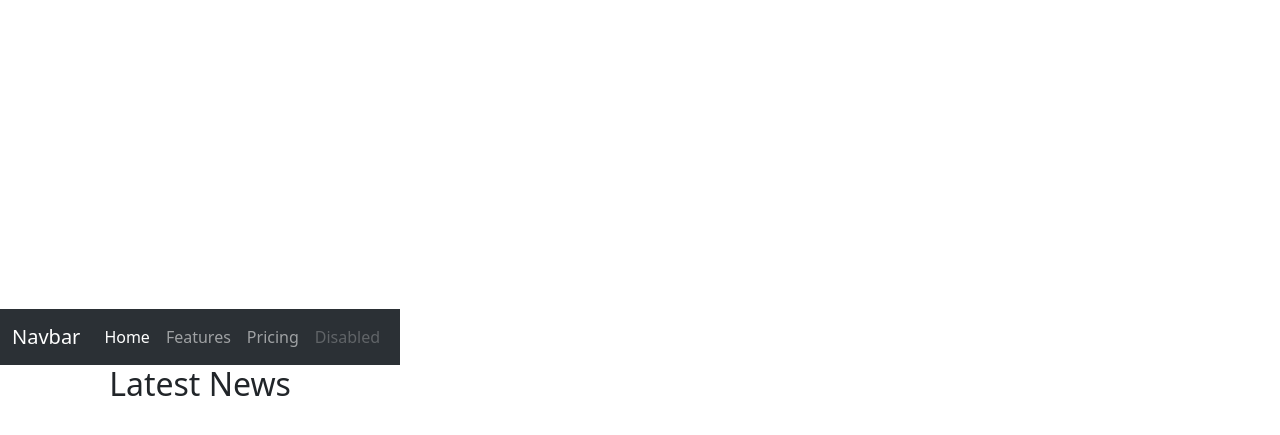
Repository: Abhilash2909/NewsWeb
Page: /
An editor plug-in stored every save of this project. The page is shown before and after a run of saves, followed by the edit.
The browser window is 1280 px wide. The pictures show the whole page.
The project was rebuilt for these pictures with package versions that can differ from the ones it lists, and the page was loaded fresh each time. Also part of the build but not shown: vite.config.js.

Above is the page before, as saved 2024-05-21 19:53:37.

### index.html
<!doctype html>
<html lang="en">
  <head>
    <meta charset="UTF-8" />
    <link href="https://cdn.jsdelivr.net/npm/bootstrap@5.3.3/dist/css/bootstrap.min.css" rel="stylesheet" integrity="sha384-QWTKZyjpPEjISv5WaRU9OFeRpok6YctnYmDr5pNlyT2bRjXh0JMhjY6hW+ALEwIH" crossorigin="anonymous">
    <meta name="viewport" content="width=device-width, initial-scale=1.0" />
    <title>News Web</title>
  </head>
  <body>
    <div id="root"></div>
    <script type="module" src="/src/main.jsx"></script>
    <script src="https://cdn.jsdelivr.net/npm/bootstrap@5.3.3/dist/js/bootstrap.bundle.min.js" integrity="sha384-YvpcrYf0tY3lHB60NNkmXc5s9fDVZLESaAA55NDzOxhy9GkcIdslK1eN7N6jIeHz" crossorigin="anonymous"></script>
  </body>
</html>

### src/App.jsx
import Navbar from "./Components/Navbar"
import NewsBoard from "./Components/NewsBoard"

const App = () => {
  return (
    <div>
      <Navbar/>
      <NewsBoard/>
    </div>
  )
}

export default App

### src/Components/Navbar.jsx

const Navbar = () => {
  return (
    <nav className="navbar navbar-expand-lg bg-body-tertiary" data-bs-theme="dark">
  <div className="container-fluid">
    <a className="navbar-brand" href="#">Navbar</a>
    <button className="navbar-toggler" type="button" data-bs-toggle="collapse" data-bs-target="#navbarNav" aria-controls="navbarNav" aria-expanded="false" aria-label="Toggle navigation">
      <span className="navbar-toggler-icon"></span>
    </button>
    <div className="collapse navbar-collapse" id="navbarNav">
      <ul className="navbar-nav">
        <li className="nav-item">
          <a className="nav-link active" aria-current="page" href="#">Home</a>
        </li>
        <li className="nav-item">
          <a className="nav-link" href="#">Features</a>
        </li>
        <li className="nav-item">
          <a className="nav-link" href="#">Pricing</a>
        </li>
        <li className="nav-item">
          <a className="nav-link disabled" aria-disabled="true">Disabled</a>
        </li>
      </ul>
    </div>
  </div>
</nav>
  )
}

export default Navbar

### src/Components/NewsBoard.jsx

const NewsBoard = () => {
    return (
      <div>
        <h2 className="text-center">Latest <span className="">News</span></h2>
      </div>
    )
  }

export default NewsBoard

Loaded but not shown: src/main.jsx (common file); src/index.css (common file)

After the next 2 saves:
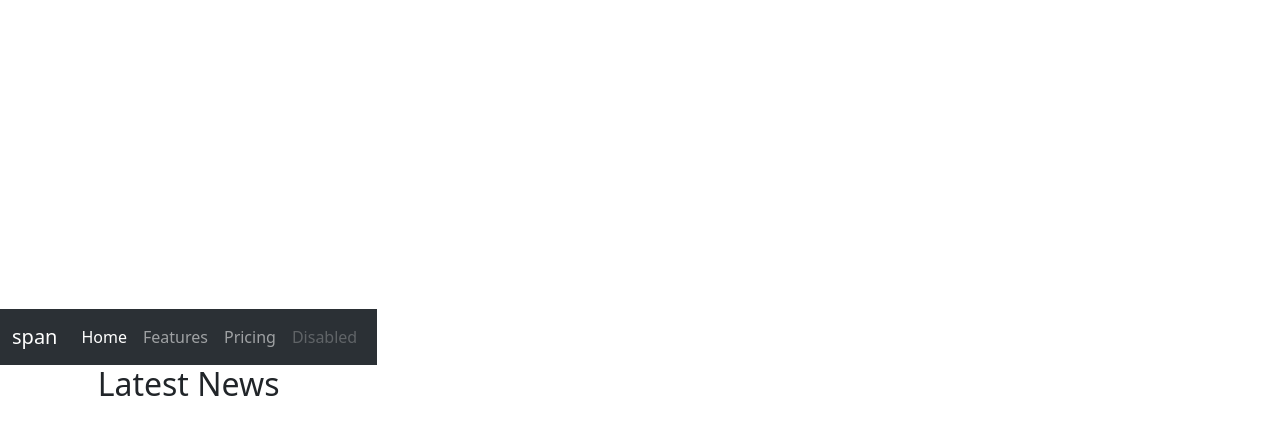
The 2 saves are shown as one change because they came seconds apart.
The last was saved 2 h 44 min later.
--- a/src/Components/Navbar.jsx
+++ b/src/Components/Navbar.jsx
@@ -3,7 +3,7 @@
   return (
     <nav className="navbar navbar-expand-lg bg-body-tertiary" data-bs-theme="dark">
   <div className="container-fluid">
-    <a className="navbar-brand" href="#">Navbar</a>
+    <a className="navbar-brand" href="#">span</a>
     <button className="navbar-toggler" type="button" data-bs-toggle="collapse" data-bs-target="#navbarNav" aria-controls="navbarNav" aria-expanded="false" aria-label="Toggle navigation">
       <span className="navbar-toggler-icon"></span>
     </button>
